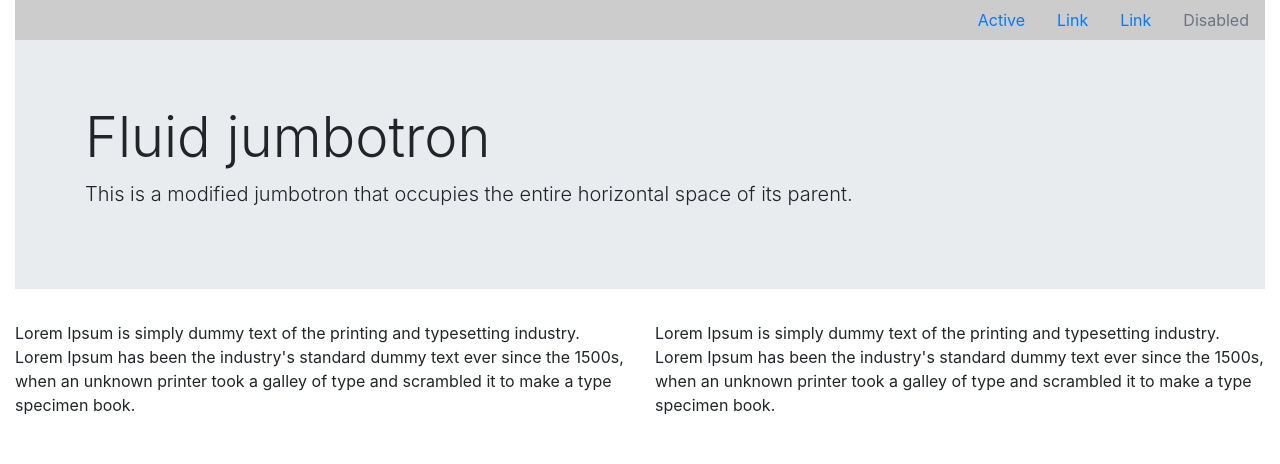
Repository: Green-Technologies-Angular/HTML
Page: index.html
The author's editor kept a copy of each file at every save. The page is drawn from the files as they stood at one save, then again after the next save.
The browser window is 1280 px wide. The pictures show the whole page.

Above is the page before, as saved 2019-01-31 10:06:23.

After the next save:
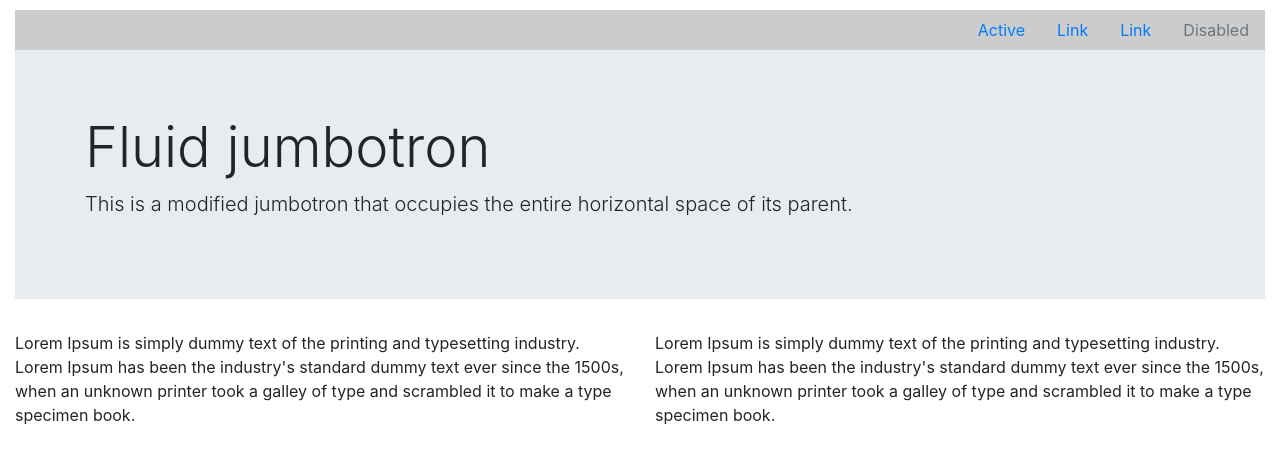
Saved 5 min 12 s later.
--- a/css/index.css
+++ b/css/index.css
@@ -1,3 +1,9 @@
 .bg-nav{
     background: red;
 }
+@media (min-width: 992px) {
+    .bg-nav{
+        background: red;
+        margin-top:10px;
+    }
+ }
